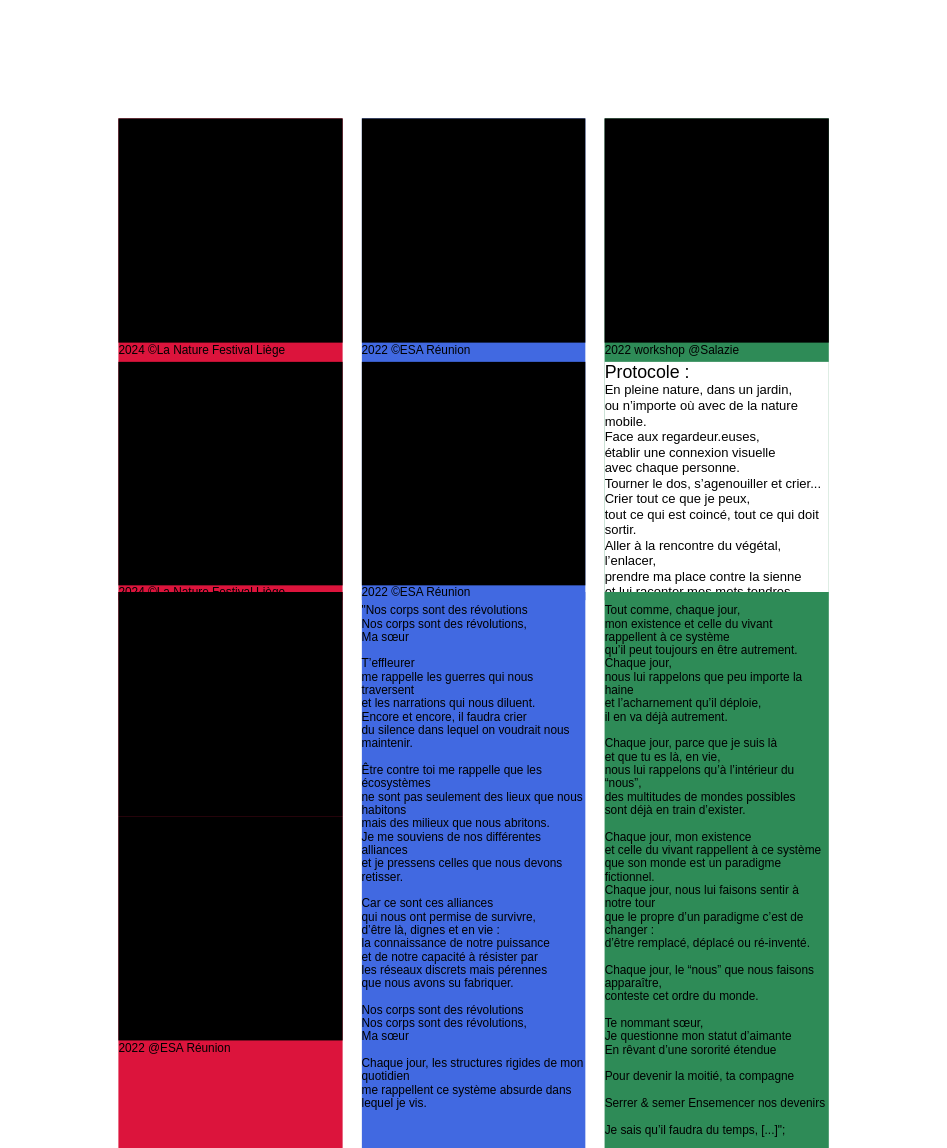
Repository: brunrhb/oce-p
Page: index.html
An editor plug-in stored every save of this project. The page is shown before and after the next save, followed by the edit.
The browser window is 1280 px wide. The pictures show the whole page, at 74% of full size.

Above is the page before, as saved 2025-06-04 19:02:07.

### index.html
<!DOCTYPE html>
<html lang="fr">
<head>
  <meta charset="UTF-8">
  <meta name="viewport" content="width=device-width, initial-scale=1.0">
  <title>Grid 3 colonnes avec placeholders</title>
  <link rel="stylesheet" href="styles.css">
  <script defer src="content.js"></script>
</head>
<body>



  <section PROJET1 LIASONS VEGETALES>

<div class="grid-p1s1" id="partie1">

<div class="col-p1s1-1">
  <div class="media-block-p1s1">
    <div class="placeholder-p1s1"></div>
    <p class="credit" data-content="p1s1-credit1"></p>
  </div>

  <div class="media-block-p1s1">
    <div class="placeholder-p1s1"></div>
    <p class="credit" data-content="p1s1-credit2"></p>
  </div>
</div>

    <div class="col-p1s1-2">
      <div class="media-block-p1s1">
        <div class="placeholder-p1s1"></div>
        <p class="credit" data-content="p1s1-credit3"></p>
      </div>
      <div class="media-block-p1s1">
        <div class="placeholder-p1s1"></div>
        <p class="credit" data-content="p1s1-credit4"></p>
      </div>
    </div>

    <div class="col-p1s1-3">
      <div class="media-block-p1s1">
        <div class="placeholder-p1s1"></div>
        <p class="credit" data-content="p1s1-credit5"></p>
      </div>
     <div class="text-block-p1s1">
       <p class="protocole-titre" data-content="p1s1-protocole-titre"></p>
       <p class="protocole-corps" data-content="p1s1-protocole-corps"></p>
    </div>

  </div>

</div>

<div class="grid-p1s1" id="partie2">

<div class="col-p1s1-1">
  <div class="media-block-p1s2">
    <div class="placeholder-p1s1"></div>
    <div class="placeholder-p1s1"></div>
    <p class="credit" data-content="p1s2-credit"></p>
 </div>
   </div>

  <div class="col-p1s1-2">
      <div class="text-block-p1s2">
        <p class="extrait" data-content="p1s2-extrait1"></p>
      </div>
  </div>

  <div class="col-p1s1-3">
      <div class="text-block-p1s2">
        <p class="extrait" data-content="p1s2-extrait2"></p>
      </div>

  </div>



</div>
  </section>

</body>
</html>

### styles.css
body {
  margin: 0;
  font-family: sans-serif;
}

/* #region PROJET1 LIASONS VEGETALES*/

/* #region slide1*/

/* 1 grille et colonnes */

.grid-p1s1 {
  display: grid;
  grid-template-columns: 1fr 1fr 1fr;
  height: calc(100vh - 20rem);
  padding-top: 10rem;
  padding-bottom: 5rem;
  padding-left:10rem ;
  padding-right:10rem ;
  column-gap: 2vw;
}

.col-p1s1-1 {
  display: flex;
  flex-direction: column;
  justify-content: flex-start;
  gap: 2vw;


  background-color: crimson;
}

.col-p1s1-2 {
  display: flex;
  flex-direction: column;
  justify-content: flex-start;
  gap: 2vw;

  background-color: royalblue;
}

.col-p1s1-3 {
  display: flex;
  flex-direction: column;
  justify-content: flex-start;
  gap: 2vw;

  background-color: seagreen;
}


/* 2 blocks et elements */

.media-block-p1s1 {
  display: block;
  width: 100%;
}

.placeholder-p1s1 {
  aspect-ratio: 1 / 1;
  width: 100%;
  background-color: black;
}

.credit {
  position: absolute;
  font-size: 1rem;
  line-height: 1.2;
  margin: 0;

}

.text-block-p1s1 {
  display: flex;
  flex-direction: column;
  justify-content: flex-end;

  width: 100%;
  aspect-ratio: 1 / 1;
  background-color: white;

  padding: 0;
  margin: 0;
  gap: 0;
}

.protocole-titre {
  font-size: 1.5rem;
  margin: 0;
  padding: 0;
}

.protocole-corps {
  font-size: 1.1rem;
  margin: 0;
  padding: 0;
}

/* #endregion */


/* #region slide2*/



/* #endregion */


/* #endregion */

### content.js
const content = {};

// #region PROJET1

// #region p1s1
content["p1s1-credit1"] = "2024 ©La Nature Festival Liège";
content["p1s1-credit2"] = "2024 ©La Nature Festival Liège";
content["p1s1-credit3"] = "2022 ©ESA Réunion";
content["p1s1-credit4"] = "2022 ©ESA Réunion";
content["p1s1-credit5"] = "2022 workshop @Salazie";

content["p1s1-protocole-titre"] = "Protocole :";
content["p1s1-protocole-corps"] = `
  En pleine nature, dans un jardin,<br>
  ou n’importe où avec de la nature mobile.<br>
  Face aux regardeur.euses,<br>
  établir une connexion visuelle<br>
  avec chaque personne.<br>
  Tourner le dos, s’agenouiller et crier...<br>
  Crier tout ce que je peux,<br>
  tout ce qui est coincé, tout ce qui doit sortir.<br>
  Aller à la rencontre du végétal, l’enlacer,<br>
  prendre ma place contre la sienne<br>
  et lui raconter mes mots tendres.
`;
// #endregion

// #region p1s2
content["p1s2-credit"] = "2022 @ESA Réunion";

content["p1s2-extrait1"] = `
  "Nos corps sont des révolutions<br>
Nos corps sont des révolutions,<br>
Ma sœur<br><br>

T’effleurer<br>
me rappelle les guerres qui nous traversent<br>
et les narrations qui nous diluent.<br>
Encore et encore, il faudra crier<br>
du silence dans lequel on voudrait nous maintenir.<br><br>

Être contre toi me rappelle que les écosystèmes<br>
ne sont pas seulement des lieux que nous habitons<br>
mais des milieux que nous abritons.<br>
Je me souviens de nos différentes alliances<br>
et je pressens celles que nous devons retisser.<br><br>

Car ce sont ces alliances<br>
qui nous ont permise de survivre,<br>
d’être là, dignes et en vie :<br>
la connaissance de notre puissance<br>
et de notre capacité à résister par<br>
les réseaux discrets mais pérennes<br>
que nous avons su fabriquer.<br><br>

Nos corps sont des révolutions<br>
Nos corps sont des révolutions,<br>
Ma sœur<br><br>

Chaque jour, les structures rigides de mon quotidien<br>
me rappellent ce système absurde dans lequel je vis.
 `;
content["p1s2-extrait2"] = `
Tout comme, chaque jour,<br>
mon existence et celle du vivant<br>
rappellent à ce système<br>
qu’il peut toujours en être autrement.<br>
Chaque jour,<br>
nous lui rappelons que peu importe la haine<br>
et l’acharnement qu’il déploie,<br>
il en va déjà autrement.<br><br>

Chaque jour, parce que je suis là<br>
et que tu es là, en vie,<br>
nous lui rappelons qu’à l’intérieur du “nous”,<br>
des multitudes de mondes possibles<br>
sont déjà en train d’exister.<br><br>

Chaque jour, mon existence<br>
et celle du vivant rappellent à ce système<br>
que son monde est un paradigme fictionnel.<br>
Chaque jour, nous lui faisons sentir à notre tour<br>
que le propre d’un paradigme c’est de changer :<br>
d’être remplacé, déplacé ou ré-inventé.<br><br>

Chaque jour, le “nous” que nous faisons apparaître,<br>
conteste cet ordre du monde.<br><br>

Te nommant sœur,<br>
Je questionne mon statut d’aimante<br>
En rêvant d’une sororité étendue<br><br>

Pour devenir la moitié, ta compagne<br><br>

Serrer & semer Ensemencer nos devenirs<br><br>

Je sais qu’il faudra du temps, [...]";
 `;
// #endregion

// #endregion


// #region injection
window.addEventListener("DOMContentLoaded", () => {
  Object.entries(content).forEach(([key, value]) => {
    const el = document.querySelector(`[data-content="${key}"]`);
    if (el) el.innerHTML = value;
  });
});
// #endregion

After the next save:
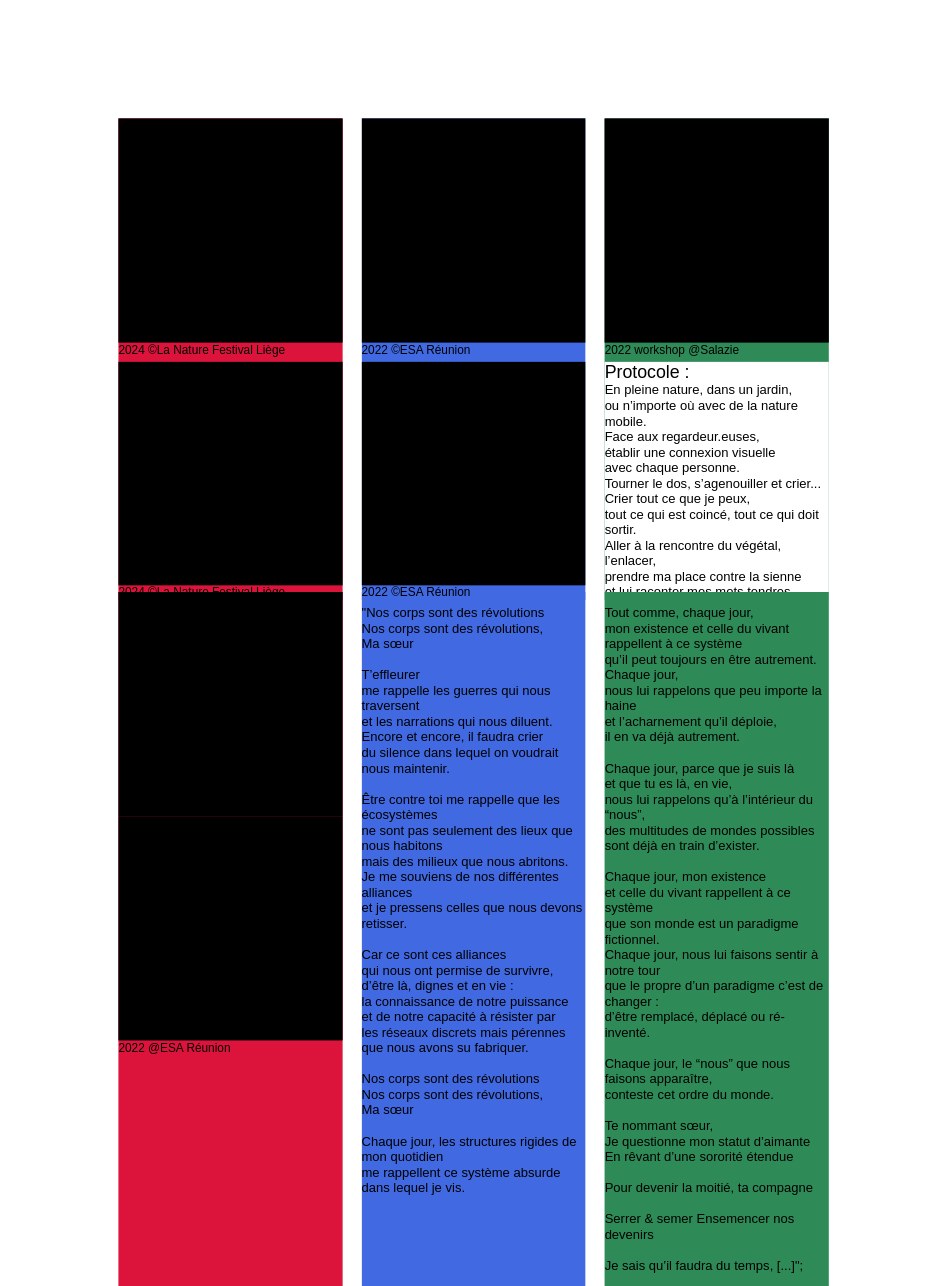
Saved 6 min 22 s later.
--- a/styles.css
+++ b/styles.css
@@ -101,6 +101,33 @@ body {
 
 /* #region slide2*/
 
+/* 1 grille et colonnes
+
+grid-p1s1 v
+col-p1s1-1 v
+col-p1s1-2 v
+col-p1s1-3 v
+
+2 blocks et elements
+
+placeholder-p1s1"v
+credit v
+*/
+
+.media-block-p1s2 {
+  display: block;
+  width: 100%;
+  gap: 2rem;
+}
+
+.text-block-p1s2 {
+  gap: 0;
+}
+
+.extrait {
+  font-size: 1.1rem;
+}
+
 
 
 /* #endregion */
